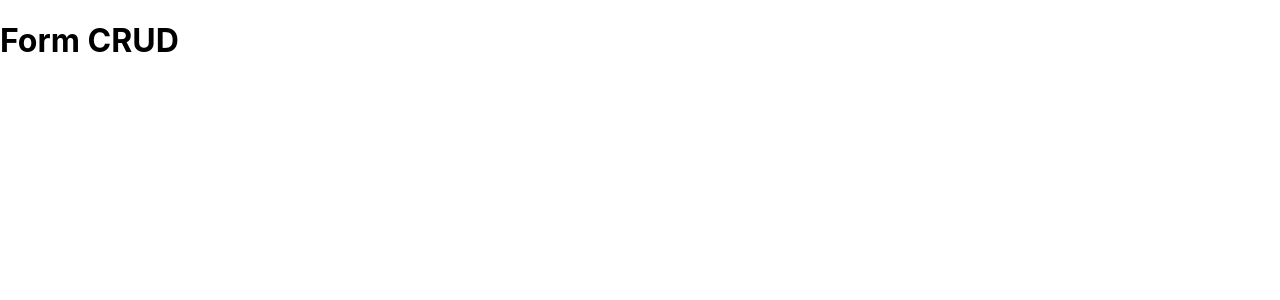
Repository: supakorn5039-boon/MERN
Page: / (app in client/)
The author's editor kept a copy of each file at every save. The page is drawn from the files as they stood at one save, then again after the next save.
The browser window is 1280 px wide. The pictures show the whole page.
The project was rebuilt for these pictures with package versions that can differ from the ones it lists, and the page was loaded fresh each time. Also part of the build but not shown: client/src/App.css.

Above is the page before, as saved 2023-10-30 22:57:38.

### client/src/App.jsx
import "./App.css";

function App() {
  return (
    <div>
      <h1>Form CRUD</h1>
    </div>
  );
}

export default App;

### client/src/components/FormProduct.jsx
import React from "react";

const FormProduct = () => {
  return <div>FormProduct</div>;
};

export default FormProduct;

Loaded but not shown: client/public/index.html (common file); client/src/index.js (common file); client/src/index.css (common file); client/src/reportWebVitals.js (common file)

After the next save:
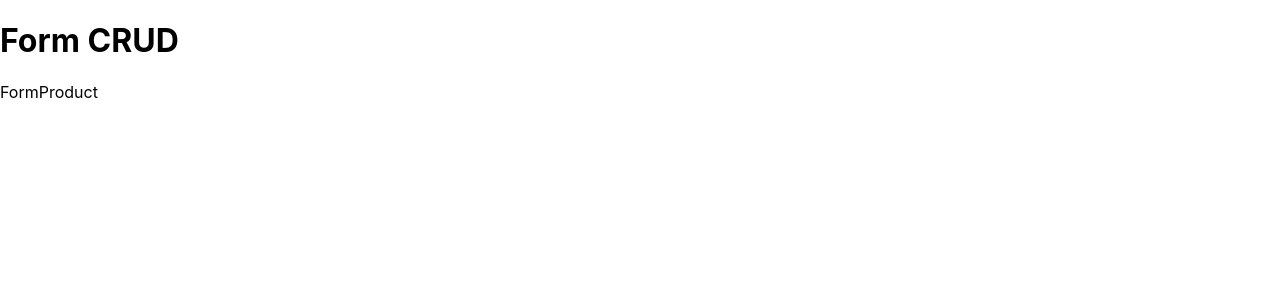
Saved 21 s later.
--- a/client/src/App.jsx
+++ b/client/src/App.jsx
@@ -1,9 +1,11 @@
 import "./App.css";
+import FormProduct from "./components/FormProduct";
 
 function App() {
   return (
     <div>
       <h1>Form CRUD</h1>
+      <FormProduct />
     </div>
   );
 }
